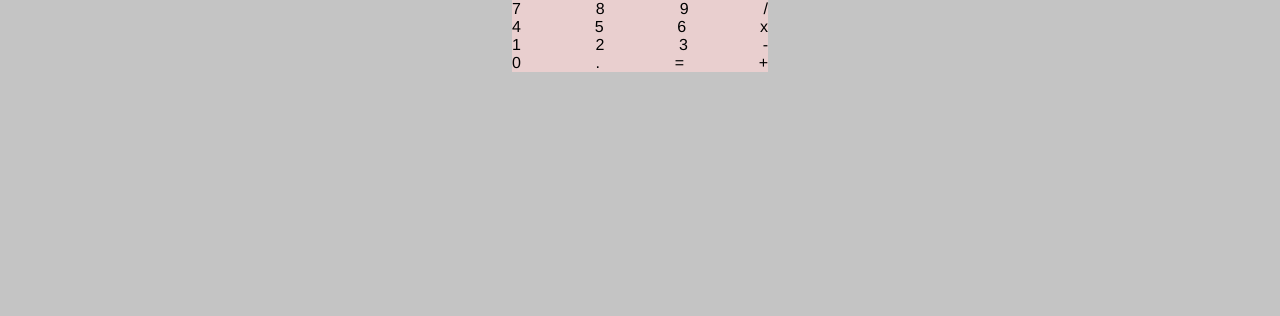
Repository: raulpenate/Calculadora-VUE3
Page: /
An editor plug-in stored every save of this project. The page is shown before and after the next save, followed by the edit.
The browser window is 1280 px wide. The pictures show the whole page.
The project was rebuilt for these pictures with package versions that can differ from the ones it lists, and the page was loaded fresh each time. Also part of the build but not shown: src/components/HelloWorld.vue.

Above is the page before, as saved 2022-03-11 08:23:46.

### src/App.vue
<template>
  <HelloWorld msg="Welcome to Your Vue.js App"/>
  <Calculator/>
</template>

<script>
import HelloWorld from './components/HelloWorld.vue'
import Calculator from './components/Calculator.vue'

export default {
  name: 'App',
  components: {
    Calculator
  }
}
</script>

<style>
#app {
  font-family: Avenir, Helvetica, Arial, sans-serif;
  -webkit-font-smoothing: antialiased;
  -moz-osx-font-smoothing: grayscale;
}
</style>

### src/components/Calculator.vue
<template>
  <div class="carcasa">
    <div class="pantalla"></div>
    <div class="fila">
        <div class="boton">7</div>
        <div class="boton">8</div>
        <div class="boton">9</div>
        <div class="boton">/</div>
    </div>
    <div class="fila">
        <div class="boton">4</div>
        <div class="boton">5</div>
        <div class="boton">6</div>
        <div class="boton">x</div>
    </div>
    <div class="fila">
        <div class="boton">1</div>
        <div class="boton">2</div>
        <div class="boton">3</div>
        <div class="boton">-</div>
    </div>
    <div class="fila">
        <div class="boton">0</div>
        <div class="boton">.</div>
        <div class="boton">=</div>
        <div class="boton">+</div>
    </div>
  </div>
</template>

<script>
export default {};
</script>

<style>
*{
    padding: 0;
    margin: 0;
    box-sizing: border-box;
}

body{
    background: #c4c4c4;
    margin: auto 40%;
}

.carcasa{
    background: rgb(233, 207, 207);
    display: flex;
    flex-flow: wrap column;
}

.fila{
    display: flex;
    flex-flow: wrap row;
    justify-content: space-between;
    padding: auto 10%;
}


</style>

Loaded but not shown: public/index.html (common file); src/main.js (common file)

After the next save:
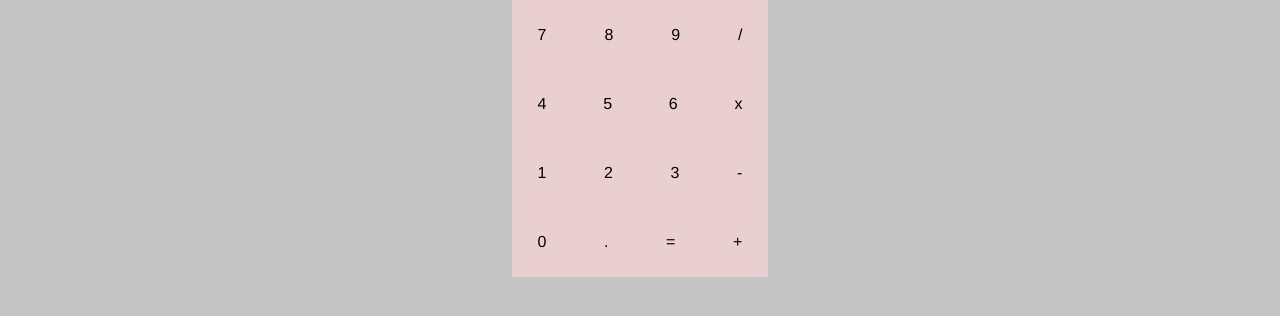
Saved 4 s later.
--- a/src/components/Calculator.vue
+++ b/src/components/Calculator.vue
@@ -54,7 +54,7 @@ body{
     display: flex;
     flex-flow: wrap row;
     justify-content: space-between;
-    padding: auto 10%;
+    padding: 10%;
 }
 
 
